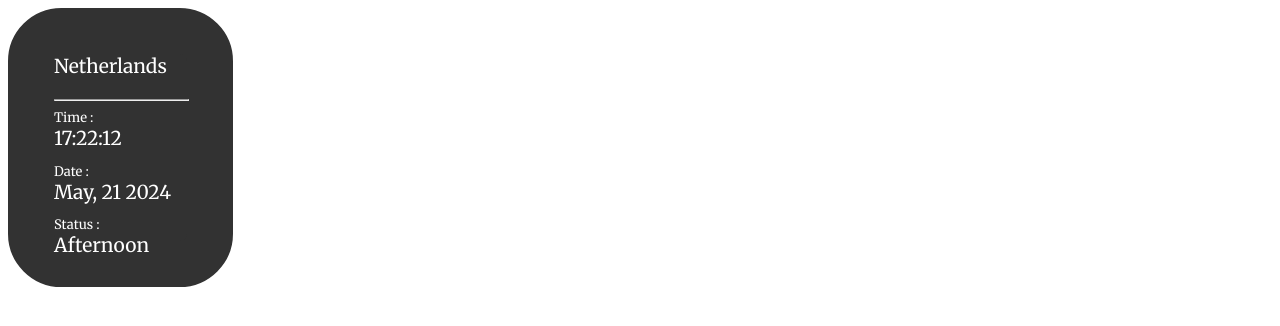
Repository: SnakeXrnt/notion-clock
Page: netherlands.html
An editor plug-in stored every save of this project. The page is shown before and after the next save, followed by the edit.
The browser window is 1280 px wide. The pictures show the whole page.

Above is the page before, as saved 2024-05-21 16:49:07.

After the next save:
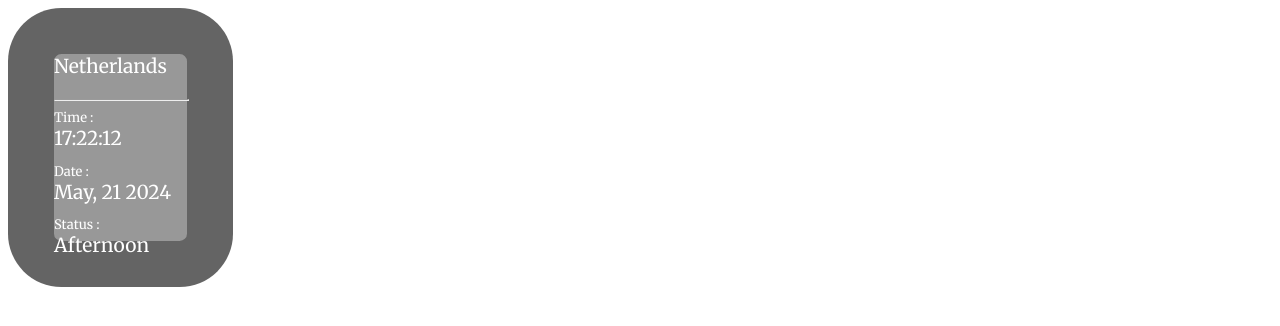
Saved 7 min 31 s later.
--- a/netherlands.html
+++ b/netherlands.html
@@ -29,11 +29,18 @@
             flex-direction: column;
             width: 100pt;
             height: 140pt;
-            border: 35pt solid rgb(50, 50, 50);
-            background-color: rgb(50, 50, 50);
+            border: 35pt solid rgba(50, 50, 50, 0.5);
+            background-color: rgba(50, 50, 50, 0.5);
             border-radius: 40pt;
+            backdrop-filter: blur(10pt);
+            transition: all 0.3s ease;
+        }
 
+        .box:hover {
+            border-color: rgba(255, 255, 255, 0.5);
+            background-color: rgba(255, 255, 255, 0.2);
         }
+
     </style>
     <script>
         function updateTime() {

After the save that followed:
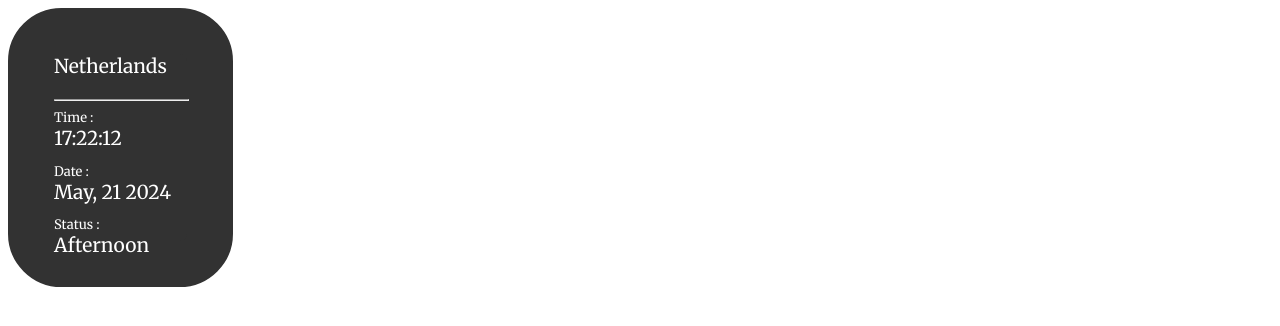
Saved 25 s later.
--- a/netherlands.html
+++ b/netherlands.html
@@ -29,18 +29,11 @@
             flex-direction: column;
             width: 100pt;
             height: 140pt;
-            border: 35pt solid rgba(50, 50, 50, 0.5);
-            background-color: rgba(50, 50, 50, 0.5);
+            border: 35pt solid rgb(50, 50, 50);
+            background-color: rgb(50, 50, 50);
             border-radius: 40pt;
-            backdrop-filter: blur(10pt);
-            transition: all 0.3s ease;
+
         }
-
-        .box:hover {
-            border-color: rgba(255, 255, 255, 0.5);
-            background-color: rgba(255, 255, 255, 0.2);
-        }
-
     </style>
     <script>
         function updateTime() {
